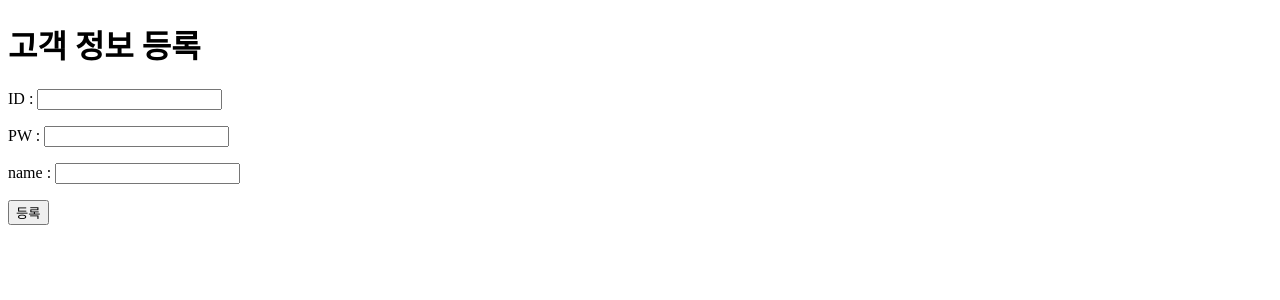
Repository: yjh052216/modapea
Page: http://localhost/customerTest-001/CustomerDelete.jsp
An editor plug-in stored every save of this project. The page is shown before and after the next save, followed by the edit.
The browser window is 1280 px wide. The pictures show the whole page.
The page is served by Tomcat 9.

Above is the page before, as saved 2019-11-27 12:53:21.

After the next save:
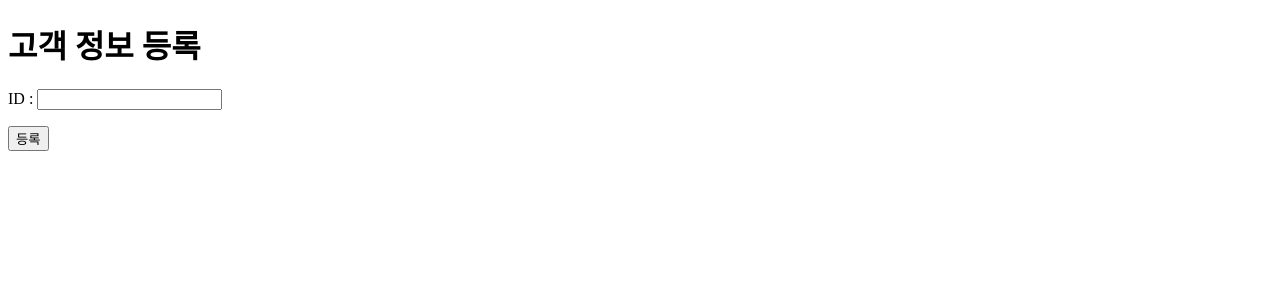
Saved 5 s later.
--- a/customerTest-001/src/main/webapp/CustomerDelete.jsp
+++ b/customerTest-001/src/main/webapp/CustomerDelete.jsp
@@ -12,8 +12,6 @@
 <form action="deleteCustomer.do" method="post">
 
 ID : <input type="text" name="id"><p>
-PW : <input type="password" name="pw"><p>
-name : <input type="text" name="name"><p>
 
 <input type="submit" value="등록">
 
